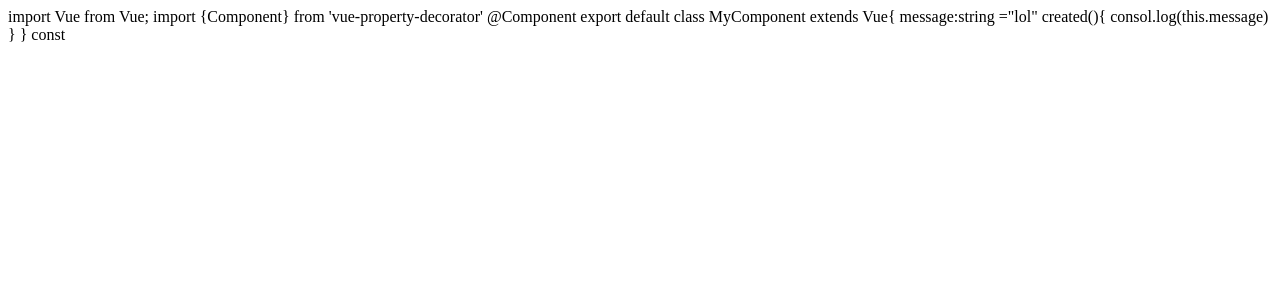
Repository: pawvan/amazonui
Page: sex.html
The author's editor kept a copy of each file at every save. The page is drawn from the files as they stood at one save, then again after a run of saves.
The browser window is 1280 px wide. The pictures show the whole page.

Above is the page before, as saved 2025-01-01 14:41:54.

### sex.html
import Vue from Vue;
import {Component} from 'vue-property-decorator'
@Component
export default class MyComponent extends Vue{
    message:string ="lol"
    created(){
        consol.log(this.message)
    }
}
const

After the next 3 saves:
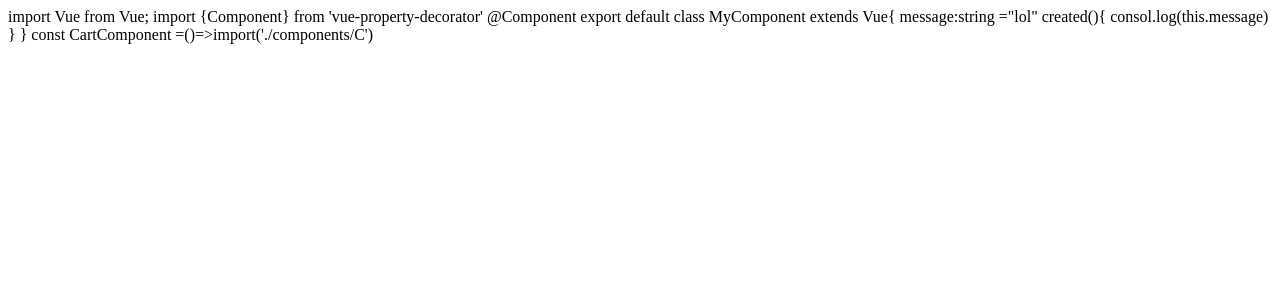
The 3 saves are shown as one change because they came seconds apart.
The last was saved 24 s later.
--- a/sex.html
+++ b/sex.html
@@ -7,4 +7,4 @@
         consol.log(this.message)
     }
 }
-const
+const CartComponent  =()=>import('./components/C')
